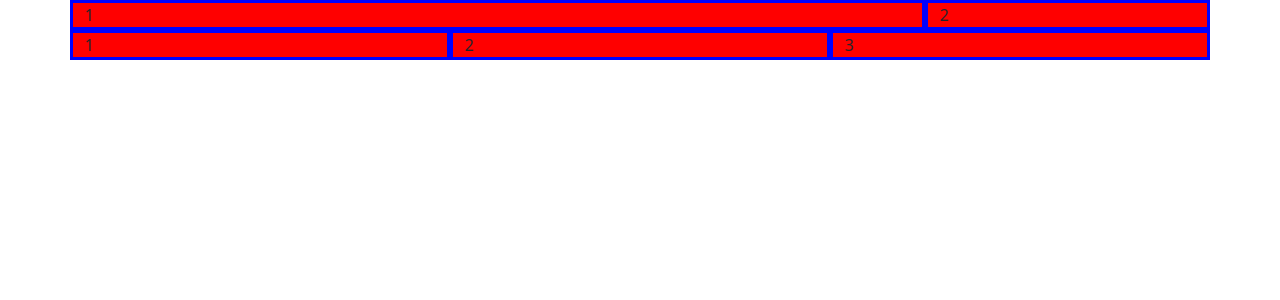
Repository: alexvl06/alexvl06.github.io
Page: index.html
These files come from the project's save history. The page is drawn as it stood at one moment and after the next save; the edit follows.
The browser window is 1280 px wide. The pictures show the whole page.

Above is the page before, as saved 2022-07-11 08:02:03.

After the next save:
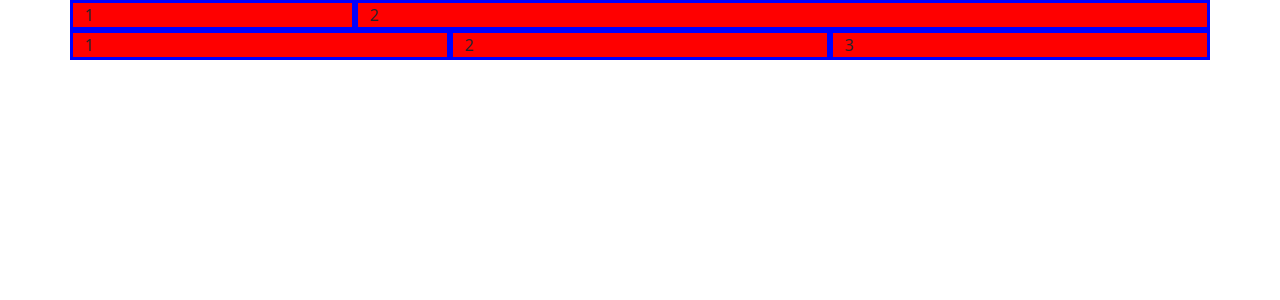
Saved 102 s later.
--- a/index.html
+++ b/index.html
@@ -14,8 +14,8 @@
   <body>
     <div class="container" style="background: red ;">
       <div class="row">
-        <div class="col-9" style="border:solid blue;">1</div>
-        <div class="col" style="border:solid blue;">2</div>
+        <div class="col-12 col-lg-3" style="border:solid blue;">1</div>
+        <div class="col-12 col-lg-9" style="border:solid blue;">2</div>
       </div>
       <div class="row">
         <div class="col" style="border:solid blue;">1</div>
